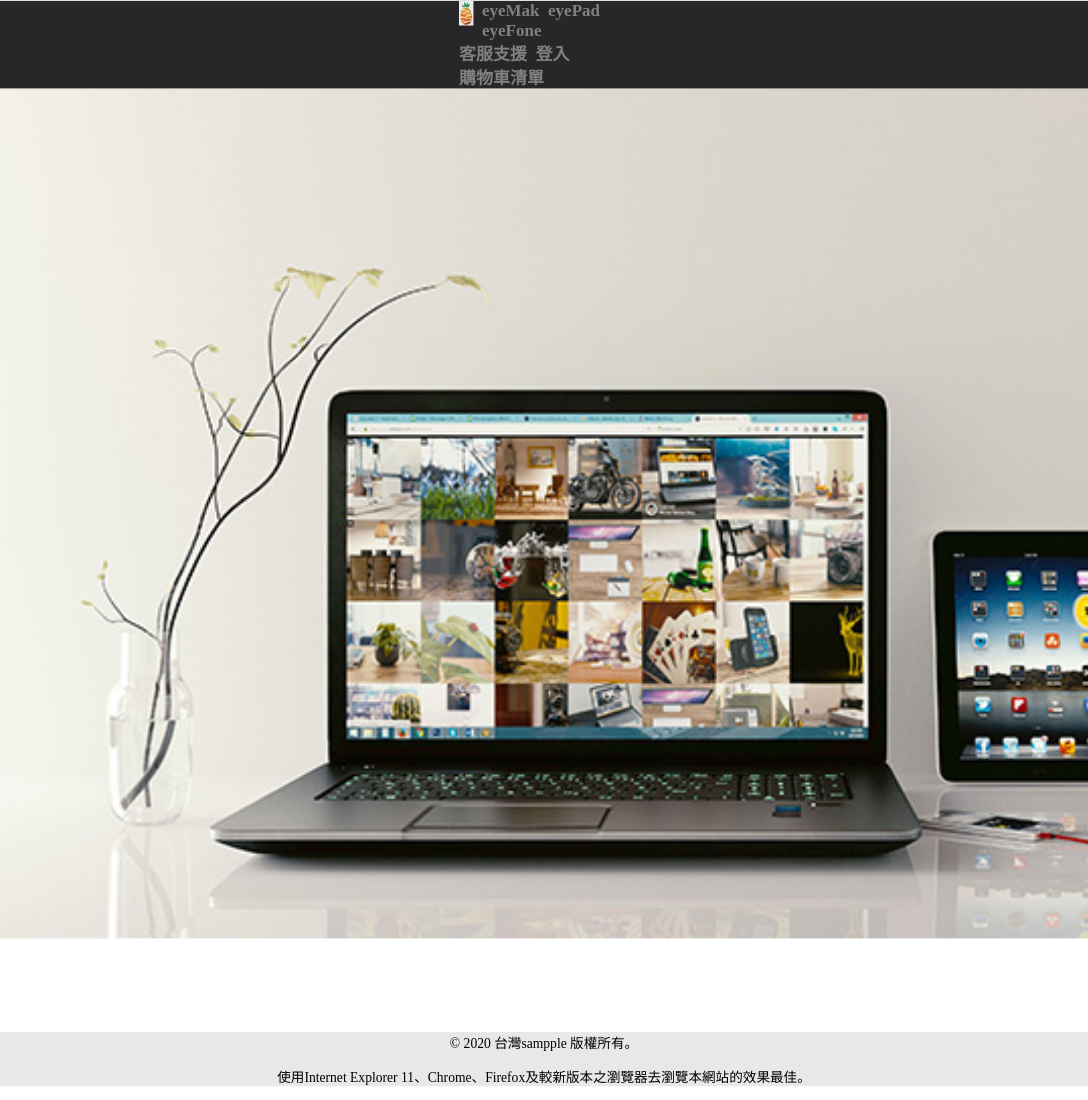
Repository: Vincent4142/NewFinalProject
Page: http://localhost/FinalProject/
An editor plug-in stored every save of this project. The page is shown before and after the next save, followed by the edit.
The browser window is 1280 px wide. The pictures show the whole page, at 85% of full size.
The page is served by Tomcat 9. Other server files are loaded and not shown.

Above is the page before, as saved 2020-04-09 06:36:42.

### FinalProject/WebContent/index.jsp
<%@ page language="java" contentType="text/html; charset=UTF-8"
	pageEncoding="UTF-8"%>

<!DOCTYPE html>
<html>
<head>
<meta charset="UTF-8">
<title>index</title>
<style type="text/css">
body {
	margin: 0px;
	padding: 0px;
}

#content {
	background-image: url(img/indexbackground.jpg);
	background-repeat: no-repeat;
	background-size: cover;
	height: 1000px;
	margin-top: -21px;
}
</style>
</head>
<body>

	<%@ include file="fragment/indexTOP.jsp"%>


	<div id="content"></div>




	<%@ include file="fragment/indexBOTTOM.jsp"%>
</body>
</html>

### FinalProject/WebContent/fragment/indexTOP.jsp
<%@ page language="java" contentType="text/html; charset=UTF-8"
	pageEncoding="UTF-8"%>
<!DOCTYPE html>
<html>
<head>
<meta charset="UTF-8">
<title>indexTOP</title>

<style type="text/css">
.nav {
	padding-left:500px;
	padding-right:500px;
	margin-top: -19px;
	margin-bottom:0px;
	background-color: #272727;
}
/* 主UL */
.navul {

	list-style-type: none;
	font-weight: bolder;
	font-size: 20px;
	overflow: auto;
}

.navul li {
	border-radius: 5px;
	margin-left: 0px;
	margin-right: 10px;
	float: left;
	display: block;
	position: static;
}

.navul li a {
	text-decoration: none;
	color: gray;
}

.navul li a:hover {
	color: white;
}

#navright {
	float: right;
}
</style>

</head>
<body>

	<nav class="nav" style="text-align: center;">

		<ul class="navul">
			<li><a href="index.jsp"><img alt="logo" src="img/pineapple.jpg"></a></li>
			<li><a href="eyeMakPage.jsp">eyeMak</a></li>
			<li><a href="eyePadPage.jsp">eyePad</a></li>
			<li><a href="eyeFonePage.jsp">eyeFone</a></li>

			<div id="navright">
				<li><a href="customerServicePage.jsp">客服支援</a></li>
				<li><a href="LoginPage.jsp">登入</a></li>
				<li><a href="shoppingcartPage.jsp">購物車清單</a></li>
			</div>
		</ul>

	</nav>

</body>
</html>

### FinalProject/WebContent/fragment/indexBOTTOM.jsp
<%@ page language="java" contentType="text/html; charset=UTF-8"
    pageEncoding="UTF-8"%>
<!DOCTYPE html>
<html>
<head>
<meta charset="UTF-8">
<title>indexBOTTOM</title>

<style type="text/css">

	#bottom{
		background-color:#E8E8E8;
		text-align: center;
		margin-top: 110px;
		margin-bottom: 0px;
	}

</style>

</head>
<body>
	<div id="bottom">
		<p>© 2020 台灣sampple 版權所有。</p>

		<p>使用Internet Explorer 11、Chrome、Firefox及較新版本之瀏覽器去瀏覽本網站的效果最佳。</p>
	</div>
</body>
</html>

After the next save:
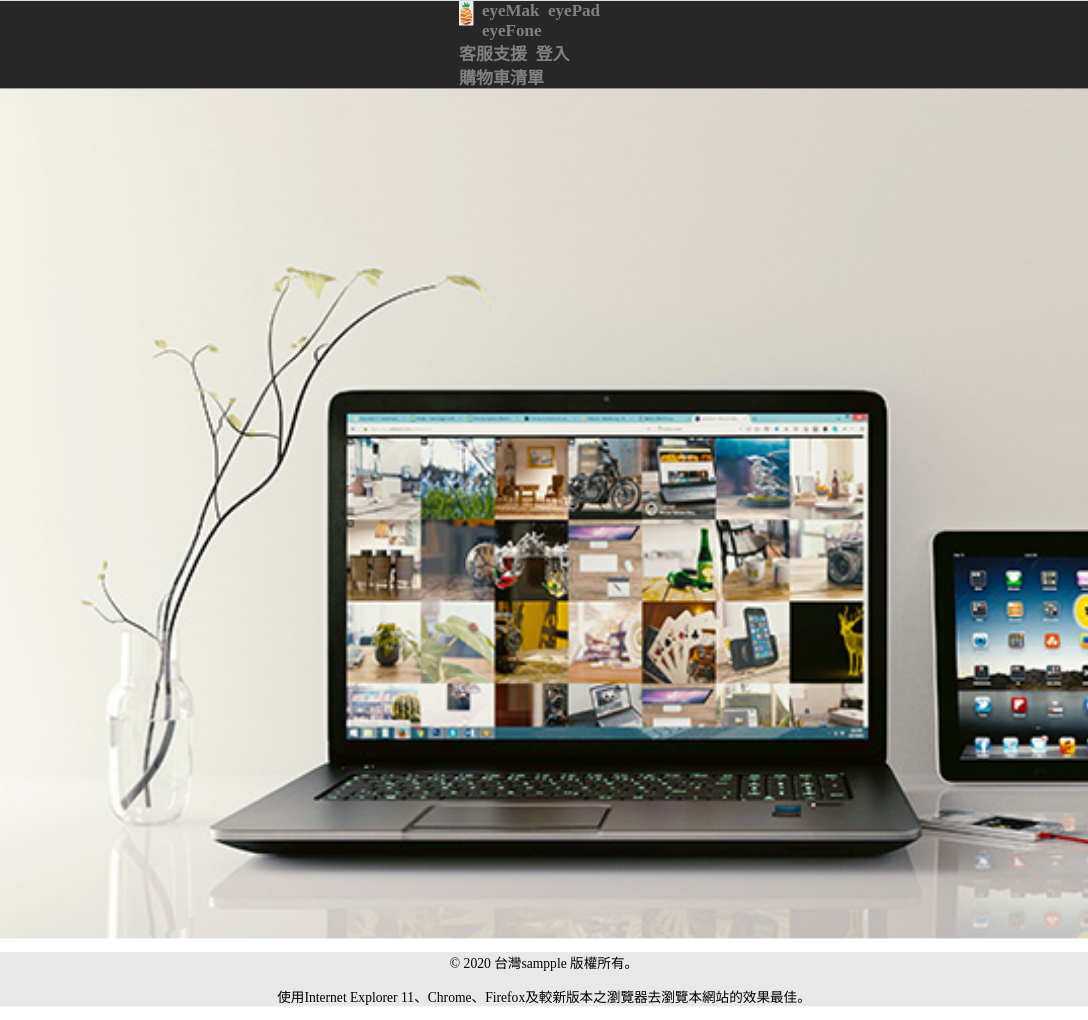
Saved 18 s later.
--- a/FinalProject/WebContent/fragment/indexBOTTOM.jsp
+++ b/FinalProject/WebContent/fragment/indexBOTTOM.jsp
@@ -11,8 +11,8 @@
 	#bottom{
 		background-color:#E8E8E8;
 		text-align: center;
-		margin-top: 110px;
-		margin-bottom: 0px;
+		margin-top: 0px;
+
 	}
 
 </style>
